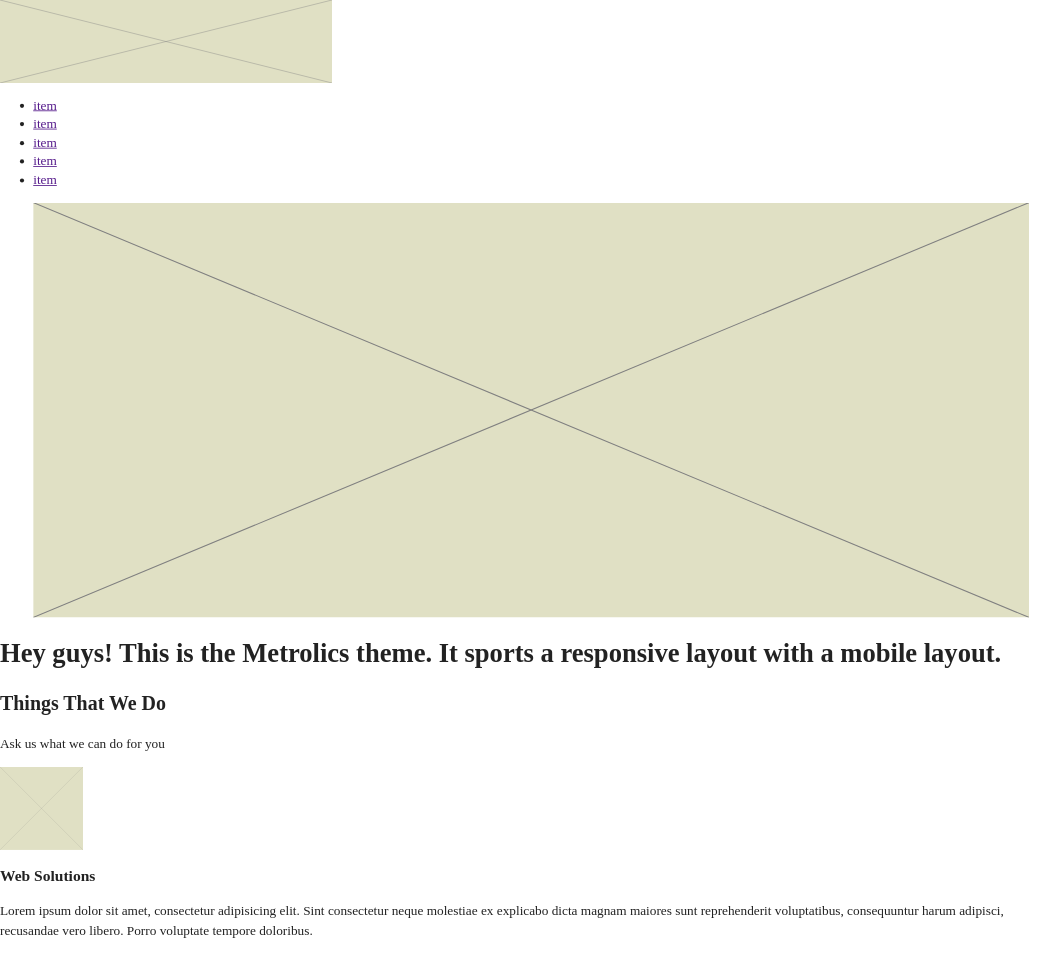
Repository: leahma1208/MDIA2003_Project1
Page: index.html
An editor plug-in stored every save of this project. The page is shown before and after the next save, followed by the edit.
The browser window is 1280 px wide. The pictures show the whole page, at 83% of full size.

Above is the page before, as saved 2021-01-22 21:23:31.

### index.html
<!doctype html>
<html class="no-js" lang="">

<head>
  <meta charset="utf-8">
  <title>Leah|Lab03</title>
  <meta name="viewport" content="width=device-width, initial-scale=1">


  <link rel="manifest" href="site.webmanifest">
  <link rel="apple-touch-icon" href="icon.png">
  <!-- Place favicon.ico in the root directory -->

  <link rel="stylesheet" href="css/normalize.css">
  <link rel="stylesheet" href="css/main.css">


</head>

<body>

  <!-- Add your site or application content here -->
  <header class="page_header">
    <div class="logo">
      <img src="img/placeholder.svg" alt="logo" width="400px" height="100px">
    </div>

    <nav>
      <ul>
        <li class="nav_items"><a href="" class="">item</a></li>
        <li class="nav_items"><a href="" class="">item</a></li>
        <li class="nav_items"><a href="" class="">item</a></li>
        <li class="nav_items"><a href="" class="">item</a></li>
        <li class="nav_items"><a href="" class="">item</a></li>
      </ul>
    </nav>

  </header>

  <figure class="hero_image">
      <img src="img/placeholder.svg" alt="heroimage" width="100%" height="500px;">
  </figure>

  <header class="main_header">
  <h1>
    Hey guys! This is the Metrolics theme. It sports a responsive layout with a
    mobile layout.
  </h1>
  </header>

  <section class="about">
    <div class="about_header">
      <h2>Things That We Do</h2>
        <p>Ask us what we can do for you</p>
    </div>

    <div class="web_solutions">
      <img class="solution_icon" src="img/placeholder.svg" alt="websolution icon" width="100px" height="100px">
      <div class="solution_info">
        <h3>Web Solutions</h3>
        <p>Lorem ipsum dolor sit amet, consectetur adipisicing elit.
           Sint consectetur neque molestiae ex explicabo dicta magnam maiores sunt reprehenderit voluptatibus,
           consequuntur harum adipisci, recusandae vero libero. Porro voluptate tempore doloribus.</p>
      </div>

    </div>
  </section>










  <script src="js/vendor/modernizr-3.11.2.min.js"></script>
  <script src="js/plugins.js"></script>
  <script src="js/main.js"></script>

  <!-- Google Analytics: change UA-XXXXX-Y to be your site's ID. -->
  <script>
    window.ga = function () { ga.q.push(arguments) }; ga.q = []; ga.l = +new Date;
    ga('create', 'UA-XXXXX-Y', 'auto'); ga('set', 'anonymizeIp', true); ga('set', 'transport', 'beacon'); ga('send', 'pageview')
  </script>
  <script src="https://www.google-analytics.com/analytics.js" async></script>
</body>

</html>

### css/main.css
/*! HTML5 Boilerplate v8.0.0 | MIT License | https://html5boilerplate.com/ */

/* main.css 2.1.0 | MIT License | https://github.com/h5bp/main.css#readme */
/*
 * What follows is the result of much research on cross-browser styling.
 * Credit left inline and big thanks to Nicolas Gallagher, Jonathan Neal,
 * Kroc Camen, and the H5BP dev community and team.
 */

/* ==========================================================================
   Base styles: opinionated defaults
   ========================================================================== */

html {
  color: #222;
  font-size: 1em;
  line-height: 1.4;
}

/*
 * Remove text-shadow in selection highlight:
 * https://twitter.com/miketaylr/status/12228805301
 *
 * Vendor-prefixed and regular ::selection selectors cannot be combined:
 * https://stackoverflow.com/a/16982510/7133471
 *
 * Customize the background color to match your design.
 */

::-moz-selection {
  background: #b3d4fc;
  text-shadow: none;
}

::selection {
  background: #b3d4fc;
  text-shadow: none;
}

/*
 * A better looking default horizontal rule
 */

hr {
  display: block;
  height: 1px;
  border: 0;
  border-top: 1px solid #ccc;
  margin: 1em 0;
  padding: 0;
}

/*
 * Remove the gap between audio, canvas, iframes,
 * images, videos and the bottom of their containers:
 * https://github.com/h5bp/html5-boilerplate/issues/440
 */

audio,
canvas,
iframe,
img,
svg,
video {
  vertical-align: middle;
}

/*
 * Remove default fieldset styles.
 */

fieldset {
  border: 0;
  margin: 0;
  padding: 0;
}

/*
 * Allow only vertical resizing of textareas.
 */

textarea {
  resize: vertical;
}

/* ==========================================================================
   Author's custom styles
   ========================================================================== */

/* ==========================================================================
   Helper classes
   ========================================================================== */

/*
 * Hide visually and from screen readers
 */

.hidden,
[hidden] {
  display: none !important;
}

/*
 * Hide only visually, but have it available for screen readers:
 * https://snook.ca/archives/html_and_css/hiding-content-for-accessibility
 *
 * 1. For long content, line feeds are not interpreted as spaces and small width
 *    causes content to wrap 1 word per line:
 *    https://medium.com/@jessebeach/beware-smushed-off-screen-accessible-text-5952a4c2cbfe
 */

.sr-only {
  border: 0;
  clip: rect(0, 0, 0, 0);
  height: 1px;
  margin: -1px;
  overflow: hidden;
  padding: 0;
  position: absolute;
  white-space: nowrap;
  width: 1px;
  /* 1 */
}

/*
 * Extends the .sr-only class to allow the element
 * to be focusable when navigated to via the keyboard:
 * https://www.drupal.org/node/897638
 */

.sr-only.focusable:active,
.sr-only.focusable:focus {
  clip: auto;
  height: auto;
  margin: 0;
  overflow: visible;
  position: static;
  white-space: inherit;
  width: auto;
}

/*
 * Hide visually and from screen readers, but maintain layout
 */

.invisible {
  visibility: hidden;
}

/*
 * Clearfix: contain floats
 *
 * For modern browsers
 * 1. The space content is one way to avoid an Opera bug when the
 *    `contenteditable` attribute is included anywhere else in the document.
 *    Otherwise it causes space to appear at the top and bottom of elements
 *    that receive the `clearfix` class.
 * 2. The use of `table` rather than `block` is only necessary if using
 *    `:before` to contain the top-margins of child elements.
 */

.clearfix::before,
.clearfix::after {
  content: " ";
  display: table;
}

.clearfix::after {
  clear: both;
}

/* ==========================================================================
   EXAMPLE Media Queries for Responsive Design.
   These examples override the primary ('mobile first') styles.
   Modify as content requires.
   ========================================================================== */

@media only screen and (min-width: 35em) {
  /* Style adjustments for viewports that meet the condition */
}

@media print,
  (-webkit-min-device-pixel-ratio: 1.25),
  (min-resolution: 1.25dppx),
  (min-resolution: 120dpi) {
  /* Style adjustments for high resolution devices */
}

/* ==========================================================================
   Print styles.
   Inlined to avoid the additional HTTP request:
   https://www.phpied.com/delay-loading-your-print-css/
   ========================================================================== */

@media print {
  *,
  *::before,
  *::after {
    background: #fff !important;
    color: #000 !important;
    /* Black prints faster */
    box-shadow: none !important;
    text-shadow: none !important;
  }

  a,
  a:visited {
    text-decoration: underline;
  }

  a[href]::after {
    content: " (" attr(href) ")";
  }

  abbr[title]::after {
    content: " (" attr(title) ")";
  }

  /*
   * Don't show links that are fragment identifiers,
   * or use the `javascript:` pseudo protocol
   */
  a[href^="#"]::after,
  a[href^="javascript:"]::after {
    content: "";
  }

  pre {
    white-space: pre-wrap !important;
  }

  pre,
  blockquote {
    border: 1px solid #999;
    page-break-inside: avoid;
  }

  /*
   * Printing Tables:
   * https://web.archive.org/web/20180815150934/http://css-discuss.incutio.com/wiki/Printing_Tables
   */
  thead {
    display: table-header-group;
  }

  tr,
  img {
    page-break-inside: avoid;
  }

  p,
  h2,
  h3 {
    orphans: 3;
    widows: 3;
  }

  h2,
  h3 {
    page-break-after: avoid;
  }
}

### js/plugins.js
// Avoid `console` errors in browsers that lack a console.
(function() {
  var method;
  var noop = function () {};
  var methods = [
    'assert', 'clear', 'count', 'debug', 'dir', 'dirxml', 'error',
    'exception', 'group', 'groupCollapsed', 'groupEnd', 'info', 'log',
    'markTimeline', 'profile', 'profileEnd', 'table', 'time', 'timeEnd',
    'timeline', 'timelineEnd', 'timeStamp', 'trace', 'warn'
  ];
  var length = methods.length;
  var console = (window.console = window.console || {});

  while (length--) {
    method = methods[length];

    // Only stub undefined methods.
    if (!console[method]) {
      console[method] = noop;
    }
  }
}());

// Place any jQuery/helper plugins in here.

Loaded but not shown: css/normalize.css (library); js/vendor/modernizr-3.11.2.min.js (library); js/main.js (no stored copy; drawn as an empty file)

After the next save:
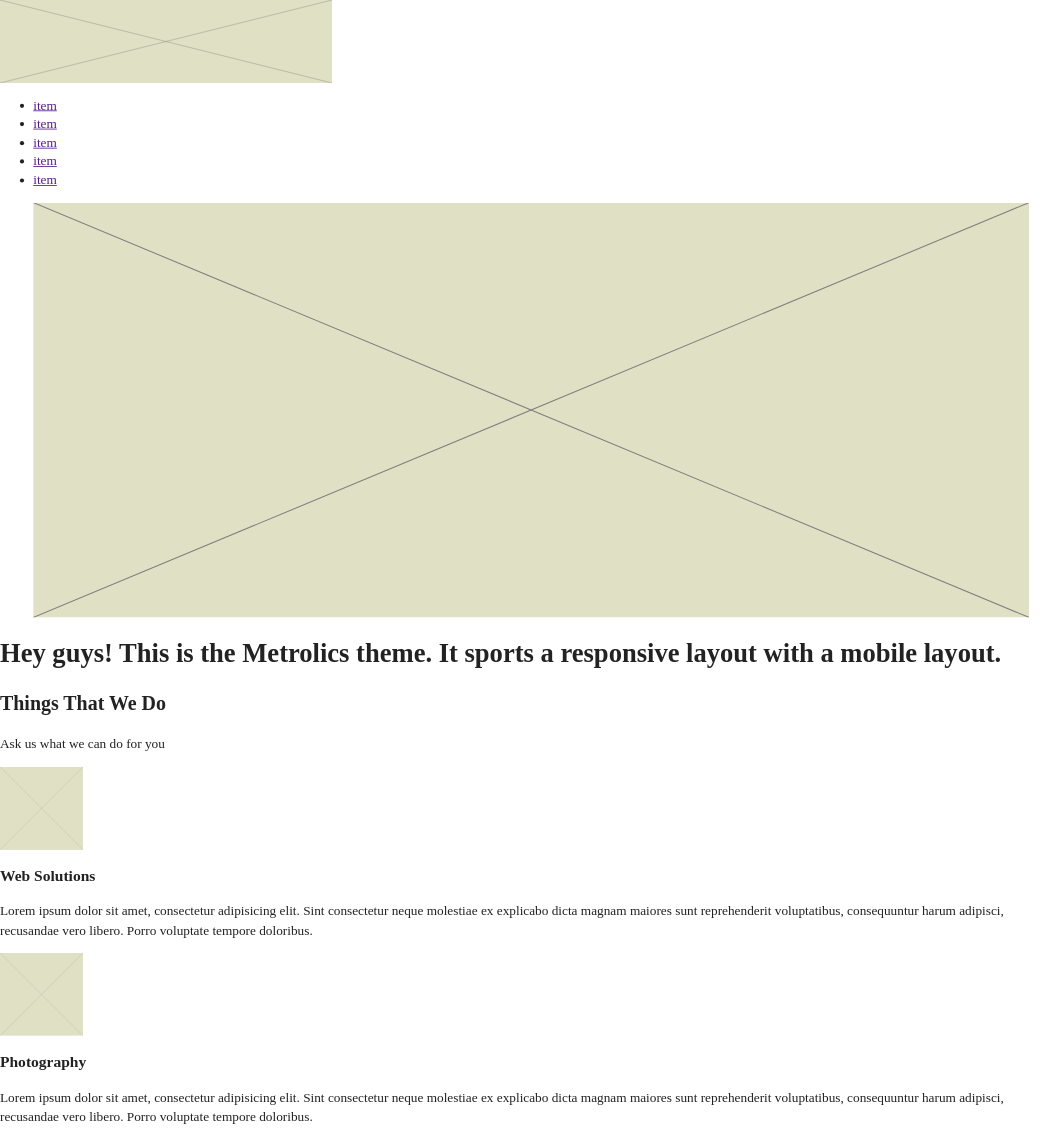
Saved 3 min 30 s later.
--- a/index.html
+++ b/index.html
@@ -62,8 +62,18 @@
            Sint consectetur neque molestiae ex explicabo dicta magnam maiores sunt reprehenderit voluptatibus,
            consequuntur harum adipisci, recusandae vero libero. Porro voluptate tempore doloribus.</p>
       </div>
+    </div>
 
+    <div class="Photography">
+      <img class="photography_icon" src="img/placeholder.svg" alt="websolution icon" width="100px" height="100px">
+      <div class="photography_info">
+        <h3>Photography</h3>
+        <p>Lorem ipsum dolor sit amet, consectetur adipisicing elit.
+           Sint consectetur neque molestiae ex explicabo dicta magnam maiores sunt reprehenderit voluptatibus,
+           consequuntur harum adipisci, recusandae vero libero. Porro voluptate tempore doloribus.</p>
+      </div>
     </div>
+
   </section>
 
 
